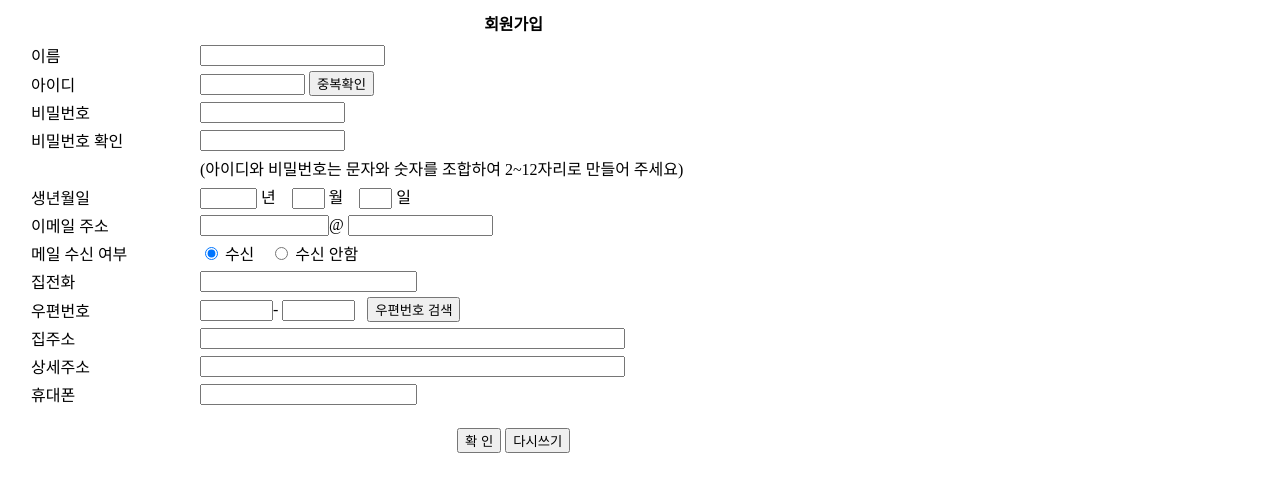
Repository: ekgus419/hckj
Page: http://localhost/Railro/WEB-INF/views/index.jsp
An editor plug-in stored every save of this project. The page is shown before and after the next save, followed by the edit.
The browser window is 1280 px wide. The pictures show the whole page.
The page is served by Tomcat 9. Nobody is signed in. The template is opened directly, without the code that normally fills it, so the values that code supplies are empty.

Above is the page before, as saved 2016-08-19 11:04:26.

After the next save:
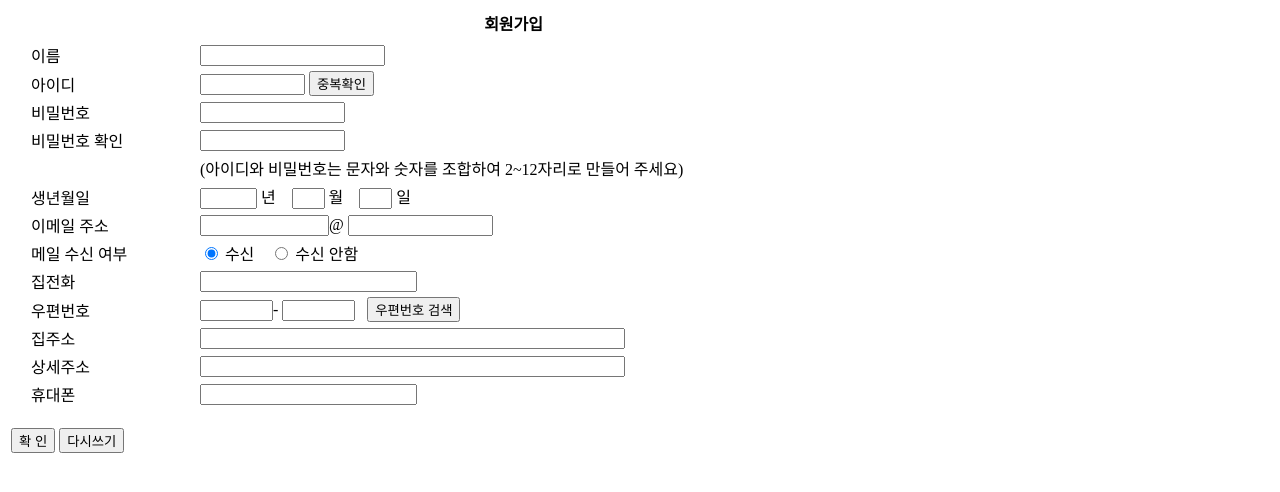
Saved 10 s later.
--- a/Railro/src/main/webapp/WEB-INF/views/index.jsp
+++ b/Railro/src/main/webapp/WEB-INF/views/index.jsp
@@ -157,7 +157,7 @@
 				</td>
 			</tr>
 			<tr>
-				<td colspan="100%" align="center">
+				<td colspan="100%">
 					<br />
 					<input type="submit" value="확 인" />
 					<input type="reset" value="다시쓰기" />

After the save that followed:
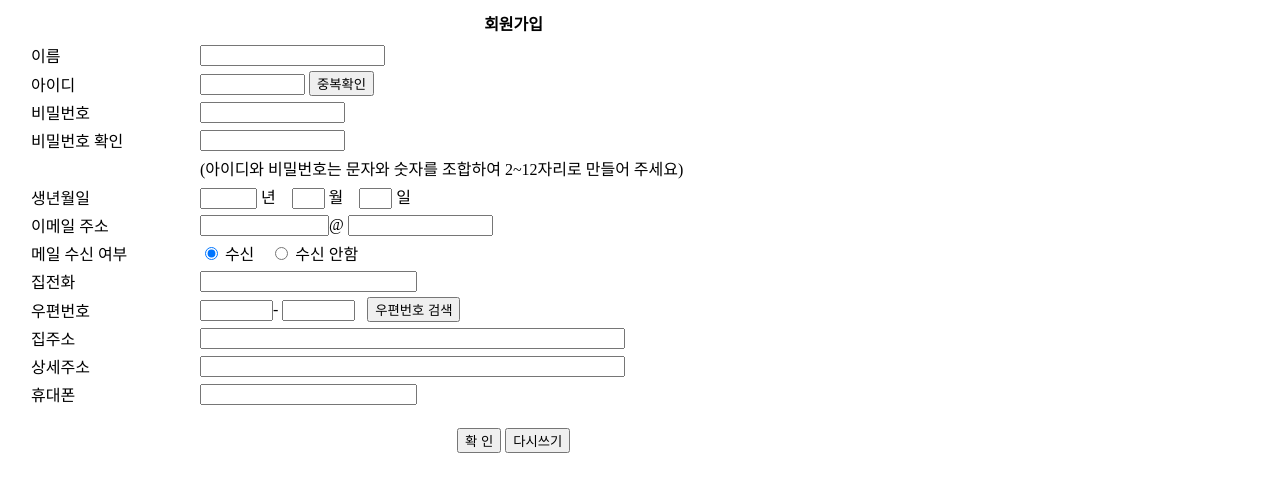
Saved 116 s later.
--- a/Railro/src/main/webapp/WEB-INF/views/index.jsp
+++ b/Railro/src/main/webapp/WEB-INF/views/index.jsp
@@ -157,7 +157,7 @@
 				</td>
 			</tr>
 			<tr>
-				<td colspan="100%">
+				<td class="btn" colspan="100%" align="center">
 					<br />
 					<input type="submit" value="확 인" />
 					<input type="reset" value="다시쓰기" />
